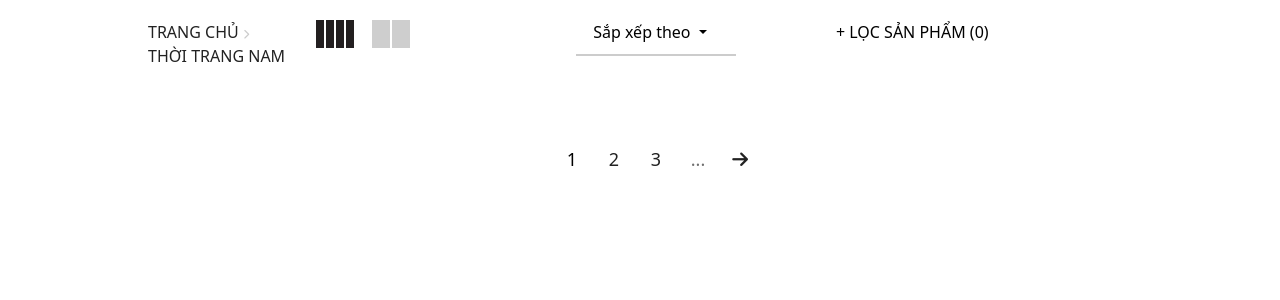
Repository: NguyenQuangQuan021099/FE_Page-Male
Page: index.html
The author's editor kept a copy of each file at every save. The page is drawn from the files as they stood at one save, then again after the next save.
The browser window is 1280 px wide. The pictures show the whole page.
The page's requests for data from a server got no answer. Some web libraries are served in a nearby version.

Above is the page before, as saved 2021-07-09 09:10:51.

After the next save:
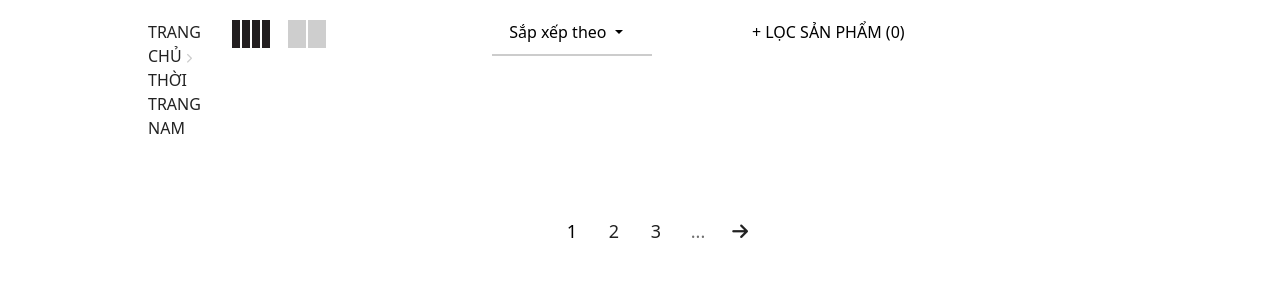
Saved 12 s later.
--- a/index.html
+++ b/index.html
@@ -15,7 +15,7 @@
 <div class="grid main wide">
 <!-- -------------------------Begin Nav-------------------------------------------------- -->
 <div class="category__product__action row ">
-    <div class="breadcrumbs col l-2">
+    <div class="breadcrumbs col l-1">
         <a href="" title="Đi đến trang chủ">TRANG CHỦ</a>
         <i style="color: #ccc; font-size: 10px; margin-right: 5px; padding-bottom: 2px;" class="fas fa-chevron-right"></i>
         <span style="color: #222">THỜI TRANG NAM</span>
